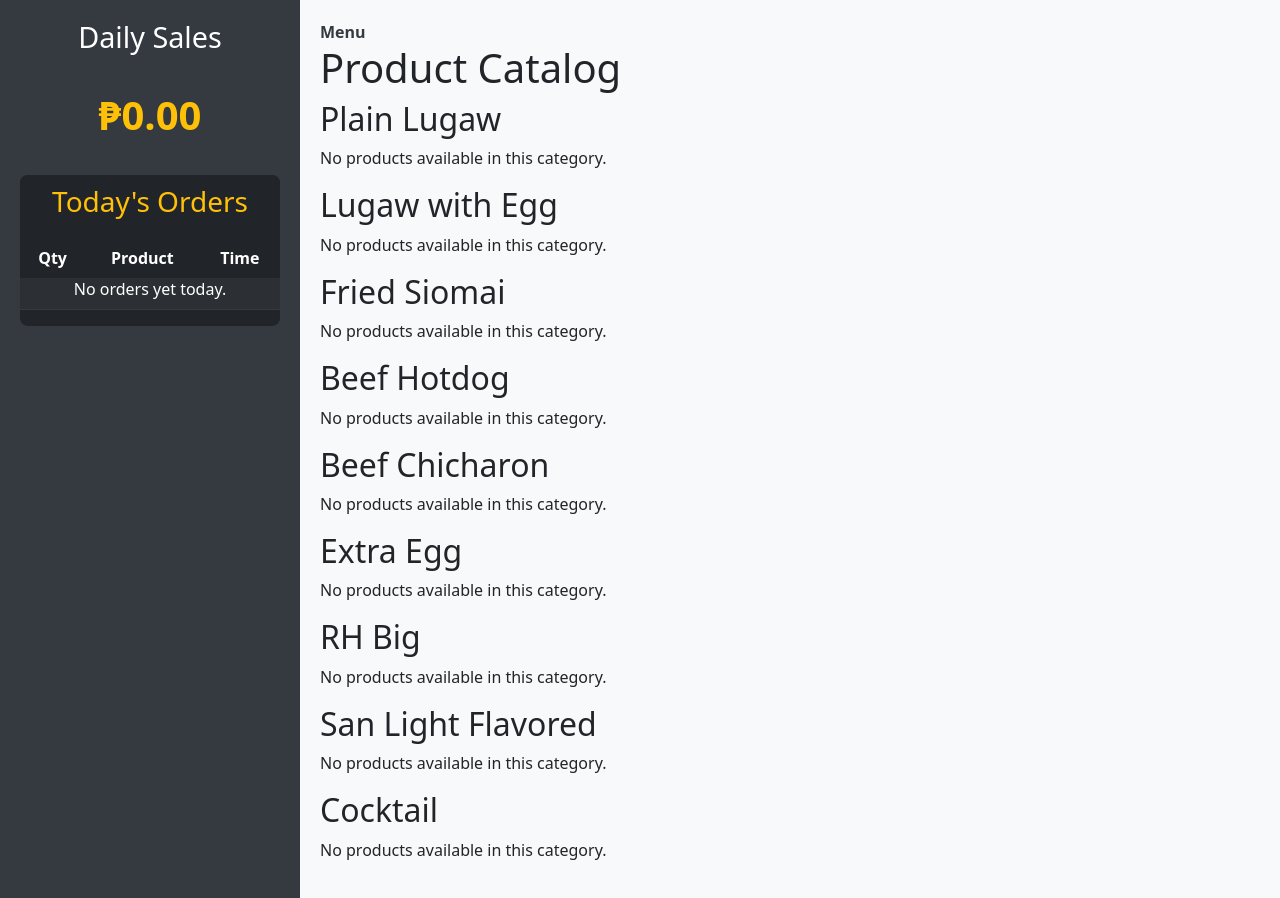
Repository: Jijiluzana225/lugawan_pitlane
Page: http://localhost/menu/
These files come from the project's save history. The page is drawn as it stood at one moment and after the next save; the edit follows.
The browser window is 1280 px wide. The pictures show the whole page.
The page is served by the project's application, run on Django 5.2 (manage.py). The page reads the database file committed with the project.

Above is the page before, as saved 2025-03-06 09:38:57.

After the next save:
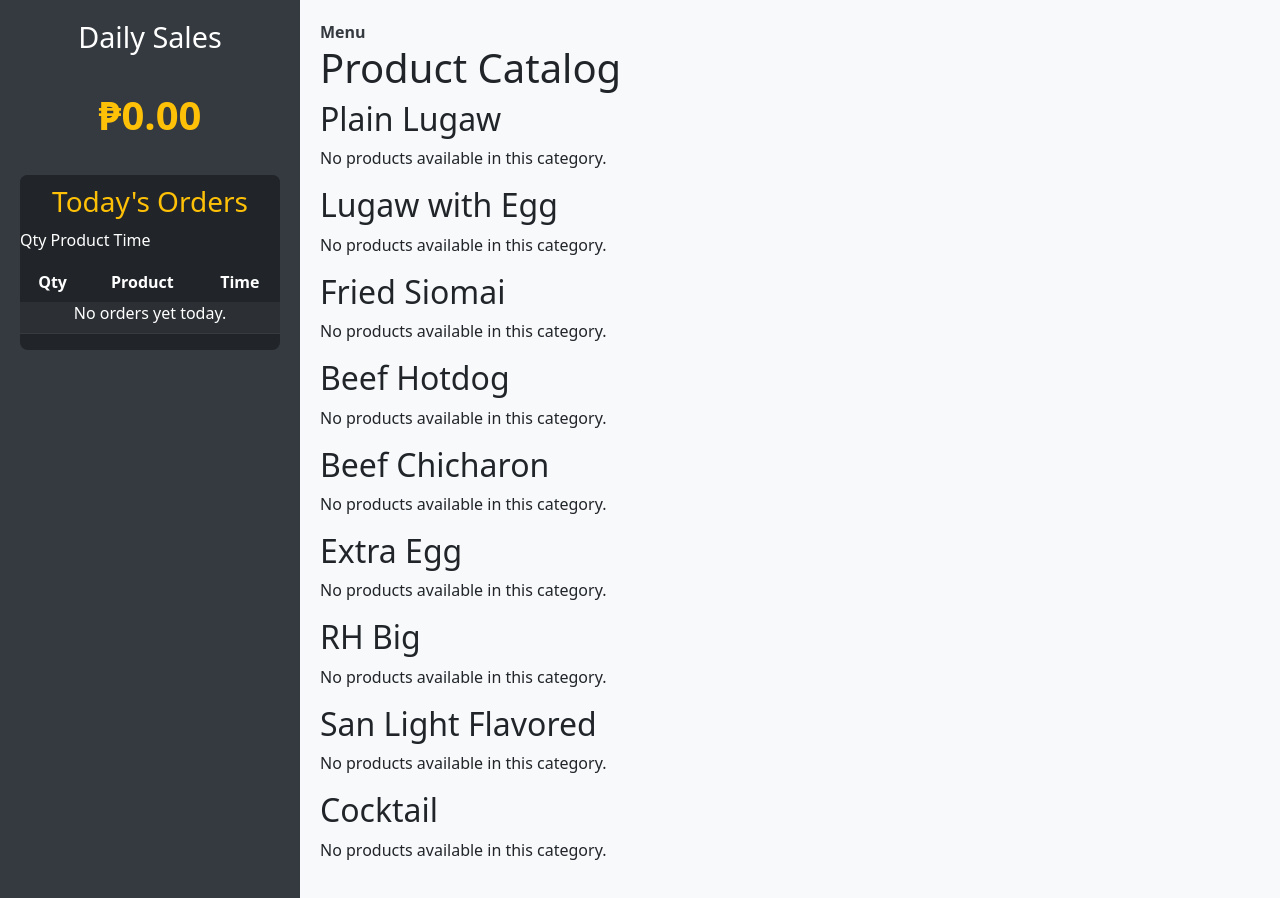
Saved 44 s later.
--- a/pos/templates/pos/base.html
+++ b/pos/templates/pos/base.html
@@ -152,6 +152,11 @@
 
         <div class="orders-table">
             <h3 class="sticky-header">Today's Orders</h3>
+            <tr>
+                <th>Qty</th>
+                <th>Product</th>
+                <th>Time</th>
+            </tr>
             <div class="scrollable-table">
                 <table class="table table-dark table-striped">
                     <thead class="sticky-thead">
